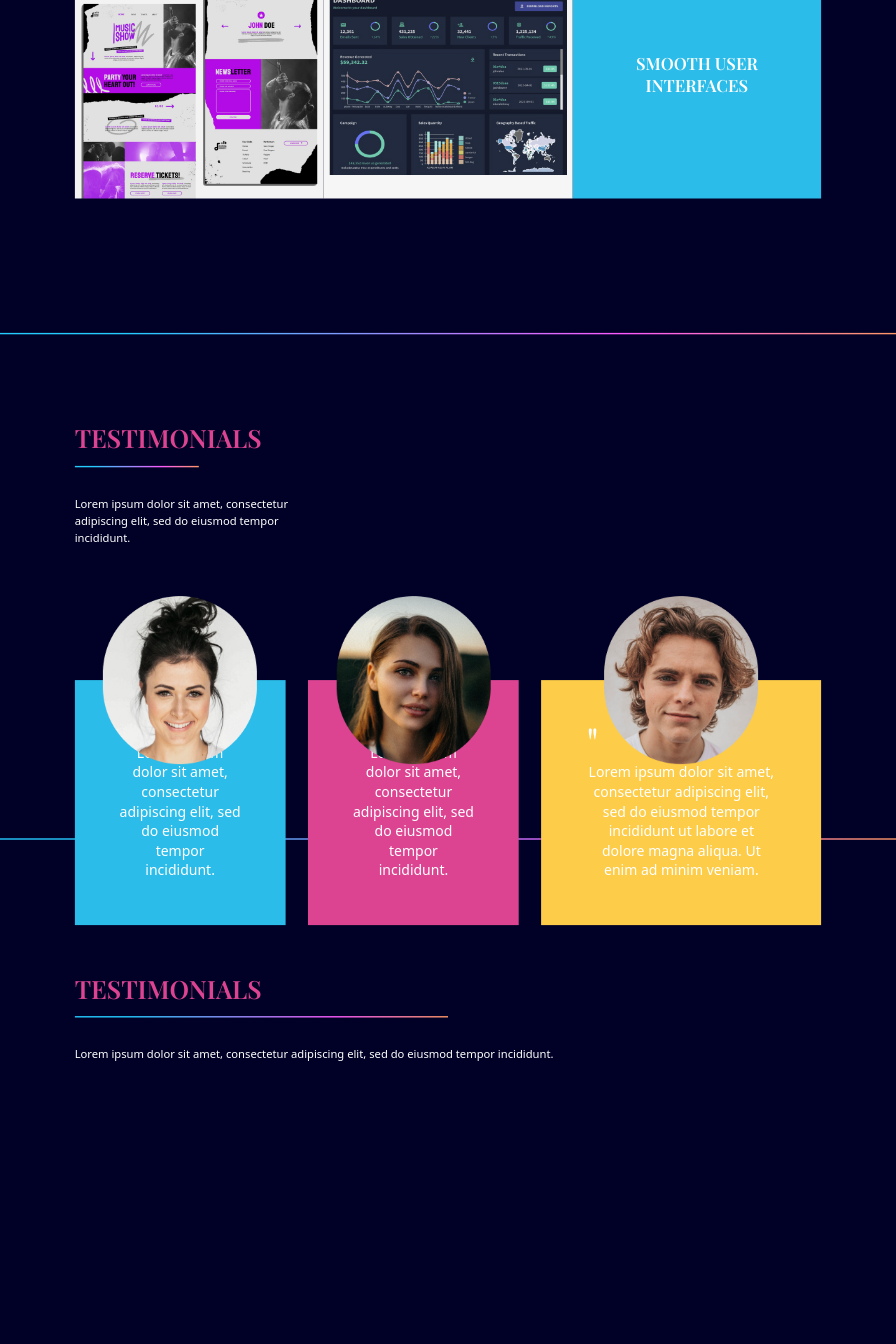
Repository: thibaultNicolas/portfolio-react
Page: /
An editor plug-in stored every save of this project. The page is shown before and after the next save, followed by the edit.
The browser window is 1280 px wide. The pictures show the part of the page from y = 2761 to 4681 px (the page is 4681 px tall), at 70% of full size.
The project was rebuilt for these pictures with package versions that can differ from the ones it lists, and the page was loaded fresh each time. Also part of the build but not shown: next.config.ts.

Above is the page before, as saved 2023-01-08 12:24:26.

After the next save:
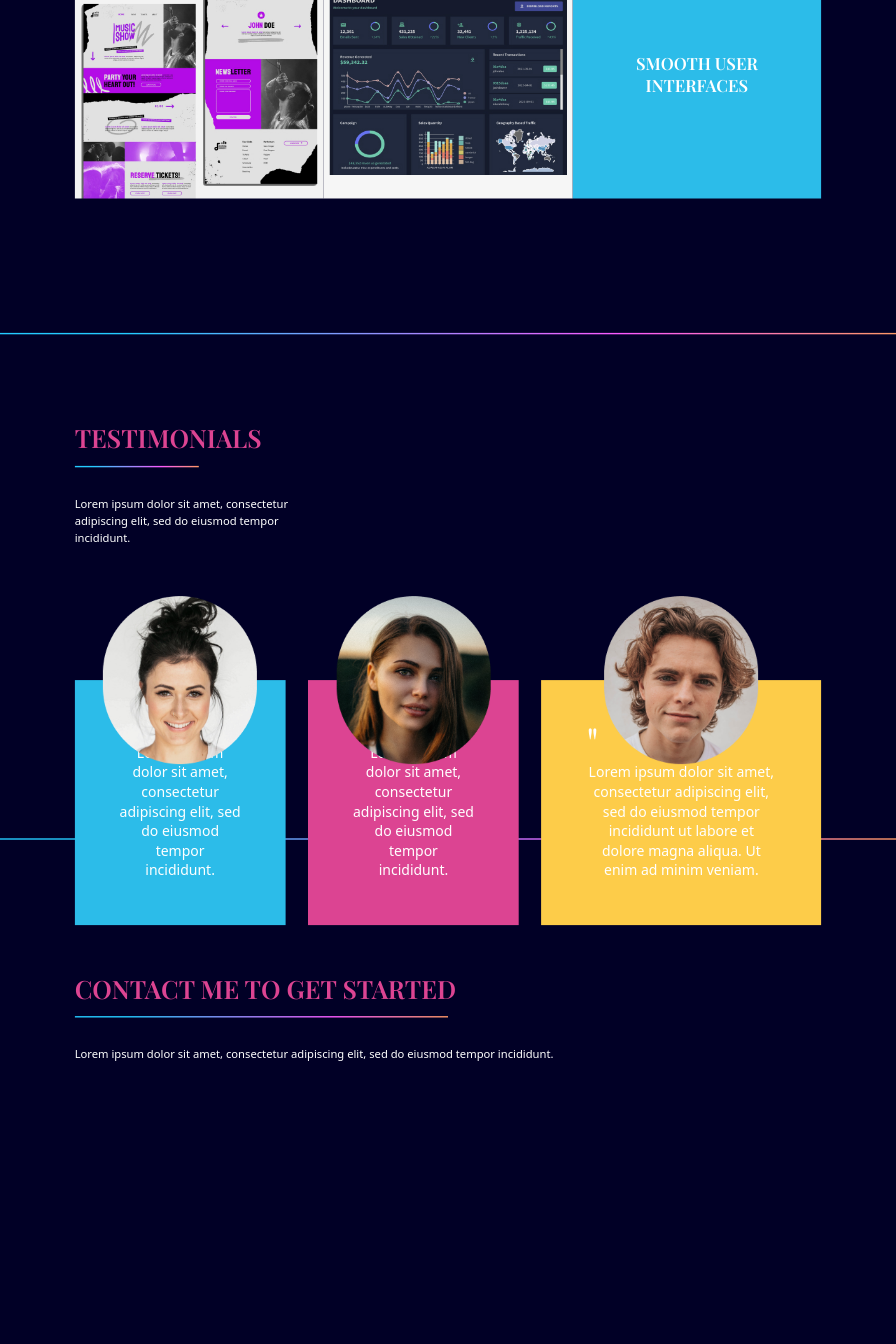
Saved 11 s later.
--- a/src/scenes/Contact.jsx
+++ b/src/scenes/Contact.jsx
@@ -32,7 +32,7 @@ const Contact = () => {
             >
                 <div>
                 <p className="font-playfair font-semibold text-4xl mb-5 text-red">
-                    TESTIMONIALS
+                    CONTACT ME TO GET STARTED
                 </p>
                 <LineGradient width="w-2/4" />
                 <p className="mt-10">
